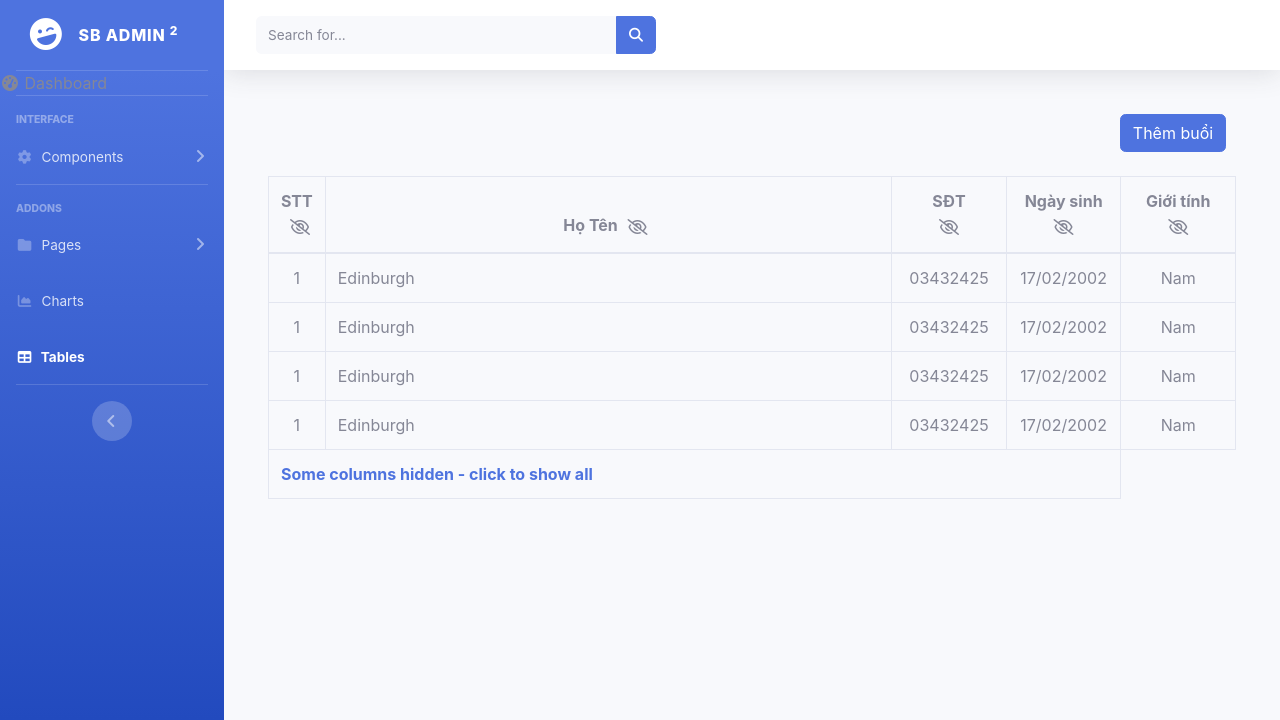
Repository: huyennvo/WebCiTEdu
Page: index.html
An editor plug-in stored every save of this project. The page is shown before and after the next save, followed by the edit.
The browser window is 1280 px wide. The pictures show the whole page.
Some web libraries are served in a nearby version.

Above is the page before, as saved 2022-07-30 10:06:30.

After the next save:
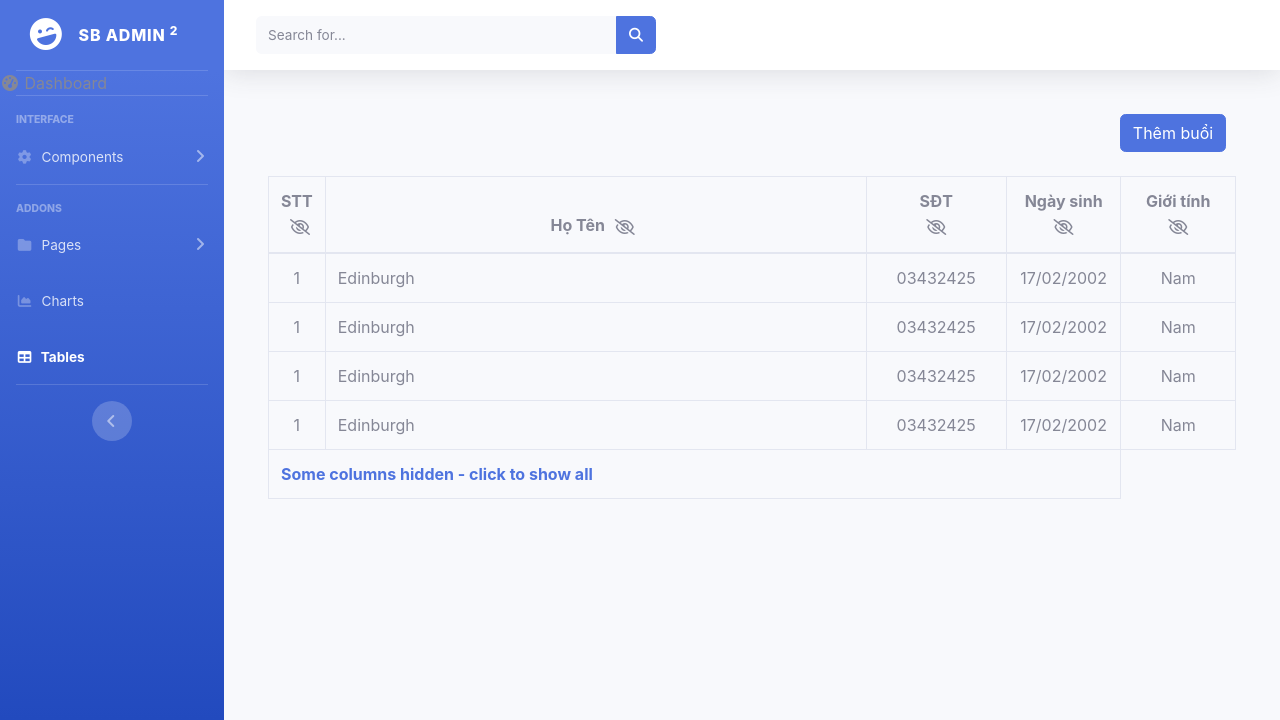
Saved 112 s later.
--- a/index.html
+++ b/index.html
@@ -57,6 +57,9 @@
     .hoTen {
         text-align: left;
         max-width: 5vw !important;
+    }
+    .sdt {
+        width: 9vw;
     }
 
 </style>
@@ -226,7 +229,7 @@ crossorigin="anonymous"
                                         </th class="hide-col">
                                         <th>
                                             SĐT
-                                            <button style="width: 7vw" class="pull-right btn btn-default btn-condensed hide-column" data-toggle="tooltip" data-placement="bottom" title="Ẩn cột">
+                                            <button  class="pull-right btn btn-default btn-condensed hide-column sdt" data-toggle="tooltip" data-placement="bottom" title="Ẩn cột">
           <i class="fa fa-eye-slash"></i>
         </button>
                                         </th>
@@ -253,28 +256,28 @@ crossorigin="anonymous"
                                     <tr id="row2">
                                         <td style="width:2vw">1</td>
                                         <td class="hoTen">Edinburgh</td>
-                                        <td style="width: 7vw">03432425</td>
+                                        <td class="sdt" >03432425</td>
                                         <td class="ngaySinh">17/02/2002</td>
                                         <td class="gioiTinh">Nam</td>
                                     </tr>
                                     <tr id="row3">
                                         <td style="width:3vw">1</td>
                                         <td class="hoTen">Edinburgh</td>
-                                        <td style="width: 7vw">03432425</td>
+                                        <td class="sdt">03432425</td>
                                         <td class="ngaySinh">17/02/2002</td>
                                         <td class="gioiTinh">Nam</td>
                                     </tr>
                                     <tr id="row4">
                                         <td style="width:2vw">1</td>
                                         <td class="hoTen">Edinburgh</td>
-                                        <td style="width: 7vw" >03432425</td>
+                                        <td class="sdt"  >03432425</td>
                                         <td class="ngaySinh">17/02/2002</td>
                                         <td class="gioiTinh">Nam</td>
                                     </tr>
                                     <tr id="row5">
                                         <td style="width:2vw">1</td>
                                         <td class="hoTen">Edinburgh</td>
-                                        <td style="width: 7vw">03432425</td>
+                                        <td class="sdt">03432425</td>
                                         <td class="ngaySinh" >17/02/2002</td>
                                         <td class="gioiTinh">Nam</td>
                                     </tr>
